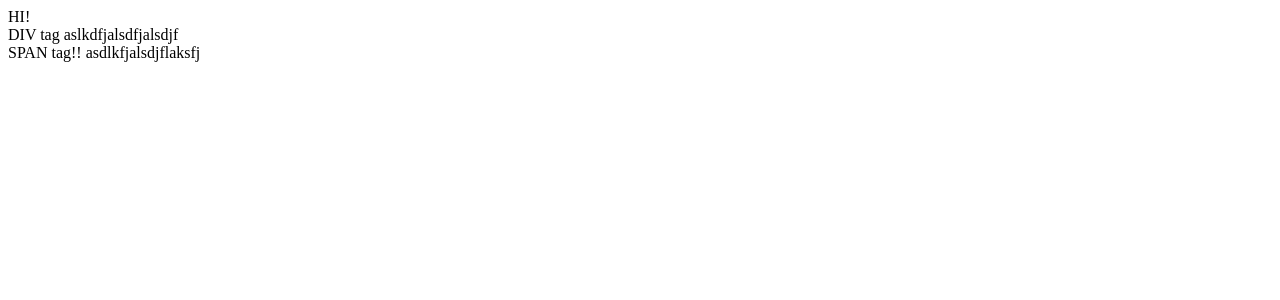
Repository: jihoonys82/weblec
Page: Front/WebContent/Ex01_HTML_tag/tagEx_01.html
An editor plug-in stored every save of this project. The page is shown before and after the next save, followed by the edit.
The browser window is 1280 px wide. The pictures show the whole page.

Above is the page before, as saved 2018-07-23 08:47:08.

### Front/WebContent/Ex01_HTML_tag/tagEx_01.html
<!DOCTYPE html>
<html>
<head>
<meta charset="UTF-8">
<title>Insert title here</title>
</head>
<body>

HI!

<div>
DIV tag
aslkdfjalsdfjalsdjf
</div>

<span>
SPAN tag!!
asdlkfjalsdjflaksfj
</span>

</body>
</html>

After the next save:
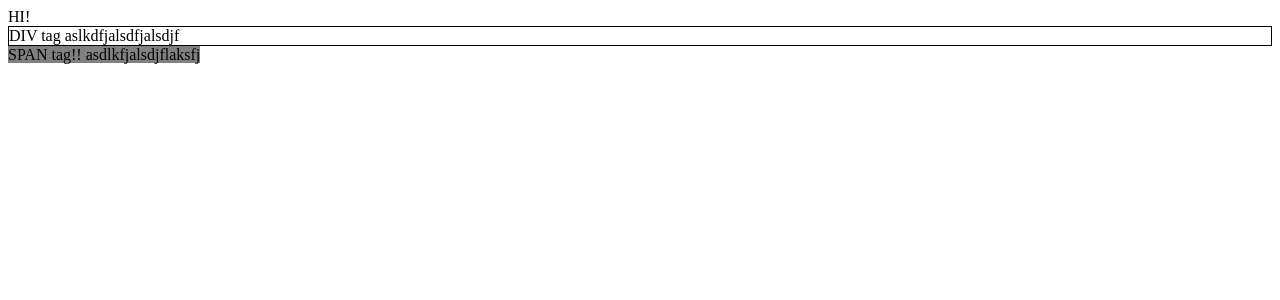
Saved 2 min 12 s later.
--- a/Front/WebContent/Ex01_HTML_tag/tagEx_01.html
+++ b/Front/WebContent/Ex01_HTML_tag/tagEx_01.html
@@ -8,12 +8,12 @@
 
 HI!
 
-<div>
+<div style="border: 1px solid black;">
 DIV tag
 aslkdfjalsdfjalsdjf
 </div>
 
-<span>
+<span style="background: gray;">
 SPAN tag!!
 asdlkfjalsdjflaksfj
 </span>
